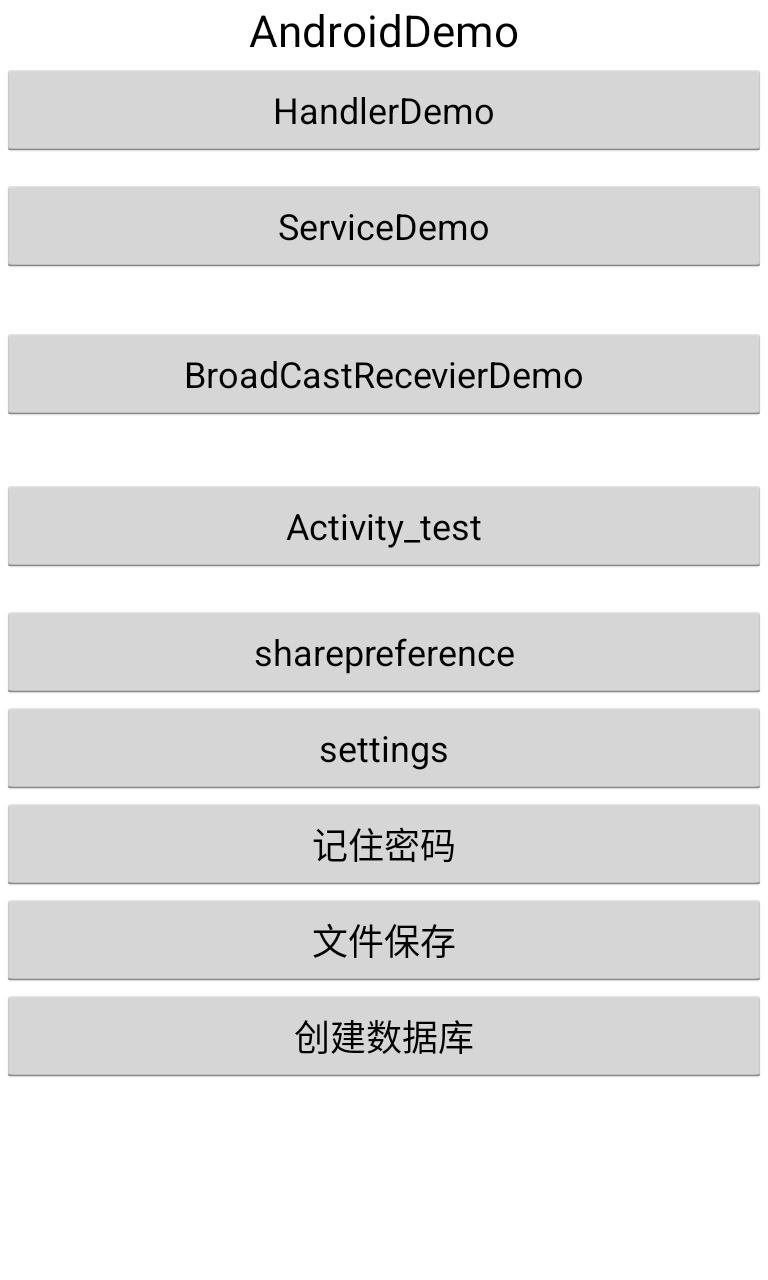
Repository: fengzixu/AndroidLearing
Layout: MyTestPrograme/AndroidDemo/res/layout/activity_main.xml
These files come from the project's save history. The layout is drawn as it stood at one moment and after the next save; the edit follows.
It is drawn on a 768 x 1280 px phone screen (xhdpi) without system bars, with theme AppTheme; the app's code is not run.

Above is the layout before, as saved 2015-05-13 12:09:44.

### MyTestPrograme/AndroidDemo/res/layout/activity_main.xml
<ScrollView xmlns:android="http://schemas.android.com/apk/res/android"
    xmlns:tools="http://schemas.android.com/tools"
    android:layout_width="match_parent"
    android:layout_height="match_parent" >

    <RelativeLayout
        android:layout_width="match_parent"
        android:layout_height="match_parent" >

        <TextView
            android:id="@+id/textView1"
            android:layout_width="wrap_content"
            android:layout_height="wrap_content"
            android:layout_alignParentTop="true"
            android:layout_centerHorizontal="true"
            android:text="AndroidDemo"
            android:textAppearance="?android:attr/textAppearanceLarge" />

        <Button
            android:id="@+id/HandlerDemo"
            android:layout_width="match_parent"
            android:layout_height="wrap_content"
            android:layout_centerHorizontal="true"
            android:layout_marginTop="31dp"
            android:onClick="HandlerDemo"
            android:text="HandlerDemo" />

        <Button
            android:id="@+id/ServiceDemo"
            android:layout_width="match_parent"
            android:layout_height="wrap_content"
            android:layout_alignParentLeft="true"
            android:layout_below="@id/HandlerDemo"
            android:layout_marginTop="10dp"
            android:onClick="ServiceDemo"
            android:text="ServiceDemo" />

        <Button
            android:id="@+id/BroadCastRecevierDemo"
            android:layout_width="match_parent"
            android:layout_height="wrap_content"
            android:layout_alignParentLeft="true"
            android:layout_below="@+id/ServiceDemo"
            android:layout_marginTop="26dp"
            android:onClick="BroadCastRecevierDemo"
            android:text="BroadCastRecevierDemo" />

        <Button
            android:id="@+id/Activity_test_button1"
            android:layout_width="match_parent"
            android:layout_height="wrap_content"
            android:layout_below="@+id/BroadCastRecevierDemo"
            android:layout_centerHorizontal="true"
            android:layout_marginTop="28dp"
            android:onClick="Activitytest"
            android:text="Activity_test" />

        <Button
            android:id="@+id/sharepreference_button1"
            android:layout_width="match_parent"
            android:layout_height="wrap_content"
            android:layout_alignParentLeft="true"
            android:layout_below="@+id/BroadCastRecevierDemo"
            android:layout_marginTop="91dp"
            android:onClick="sharepreference"
            android:text="sharepreference" />

        <Button
            android:id="@+id/settings_button1"
            android:layout_width="match_parent"
            android:layout_height="wrap_content"
            android:layout_below="@+id/sharepreference_button1"
            android:layout_centerHorizontal="true"
            android:onClick="settings"
            android:text="settings" />
                <Button
            android:id="@+id/savepasswd_button1"
            android:layout_width="match_parent"
            android:layout_height="wrap_content"
            android:layout_below="@id/settings_button1"
            android:layout_centerHorizontal="true"
            android:onClick="savepasswd"
            android:text="记住密码" />
                                <Button
            android:id="@+id/savefile_button1"
            android:layout_width="match_parent"
            android:layout_height="wrap_content"
            android:layout_below="@id/savepasswd_button1"
            android:layout_centerHorizontal="true"
            android:onClick="savefile"
            android:text="文件保存" />
                                                                <Button
            android:id="@+id/create_database_button1"
            android:layout_width="match_parent"
            android:layout_height="wrap_content"
            android:layout_below="@id/savefile_button1"
            android:layout_centerHorizontal="true"
            android:onClick="createdatabase"
            android:text="创建数据库" />
    </RelativeLayout>

</ScrollView>

Loaded but not shown: MyTestPrograme/AndroidDemo/res/values/styles.xml (common file); MyTestPrograme/AndroidDemo/res/values-v11/styles.xml (common file); MyTestPrograme/AndroidDemo/res/values-v14/styles.xml (common file)

After the next save:
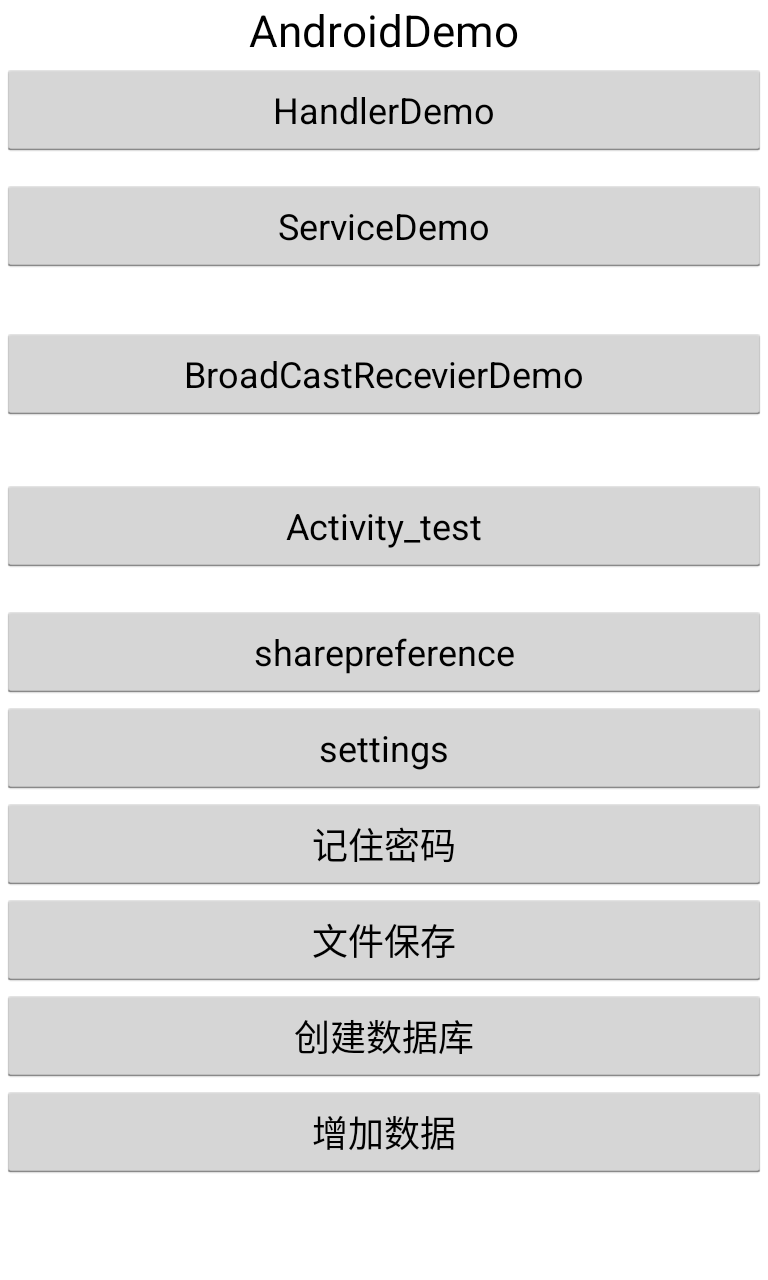
Saved 21 min 9 s later.
--- a/MyTestPrograme/AndroidDemo/res/layout/activity_main.xml
+++ b/MyTestPrograme/AndroidDemo/res/layout/activity_main.xml
@@ -97,6 +97,14 @@
             android:layout_centerHorizontal="true"
             android:onClick="createdatabase"
             android:text="创建数据库" />
+                                                                                                                                <Button
+            android:id="@+id/add_data_button1"
+            android:layout_width="match_parent"
+            android:layout_height="wrap_content"
+            android:layout_below="@id/create_database_button1"
+            android:layout_centerHorizontal="true"
+            android:onClick="AddData"
+            android:text="增加数据" />
     </RelativeLayout>
 
 </ScrollView>
